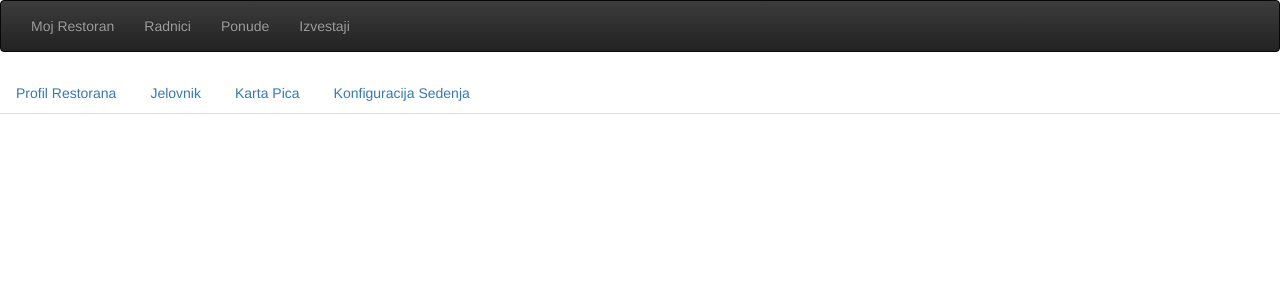
Repository: milanadam94/ISA-2016
Page: jpa-example/src/main/webapp/RestaurantManager/RestaurantManager.html
These files come from the project's save history. The page is drawn as it stood at one moment and after the next save; the edit follows.
The browser window is 1280 px wide. The pictures show the whole page.
The page's requests for data from a server got no answer. Some web libraries are served in a nearby version.

Above is the page before, as saved 2017-03-01 08:05:57.

### jpa-example/src/main/webapp/RestaurantManager/RestaurantManager.html
<!DOCTYPE html>
<html>
<head>
<meta charset="ISO-8859-1">
<title>Menadzer Restorana</title>

<!-- JQUERY -->
<script src="https://code.jquery.com/jquery-3.1.1.js" integrity="sha256-16cdPddA6VdVInumRGo6IbivbERE8p7CQR3HzTBuELA=" crossorigin="anonymous"></script>

<!-- BOOTSTRAP CSS -->
<link rel="stylesheet" href="https://maxcdn.bootstrapcdn.com/bootstrap/3.3.7/css/bootstrap.min.css" integrity="sha384-BVYiiSIFeK1dGmJRAkycuHAHRg32OmUcww7on3RYdg4Va+PmSTsz/K68vbdEjh4u" crossorigin="anonymous">

<!-- BOOTSTRAP THEME -->
<link rel="stylesheet" href="https://maxcdn.bootstrapcdn.com/bootstrap/3.3.7/css/bootstrap-theme.min.css" integrity="sha384-rHyoN1iRsVXV4nD0JutlnGaslCJuC7uwjduW9SVrLvRYooPp2bWYgmgJQIXwl/Sp" crossorigin="anonymous">

<!-- BOOTSTRAP JS -->
<script src="https://maxcdn.bootstrapcdn.com/bootstrap/3.3.7/js/bootstrap.min.js" integrity="sha384-Tc5IQib027qvyjSMfHjOMaLkfuWVxZxUPnCJA7l2mCWNIpG9mGCD8wGNIcPD7Txa" crossorigin="anonymous"></script>

<!-- ANGULAR JS -->
<script src="https://ajax.googleapis.com/ajax/libs/angularjs/1.6.1/angular.js"></script>

<script src="/JQuery-cookie-plugin/jquery.cookie.js"></script>

<!-- TOASTR -->
<!-- <script src="https://cdnjs.cloudflare.com/ajax/libs/toastr.js/latest/css/toastr.css"></script> -->
<style>
.canvas {
	border : 2px solid;
	width: 500px;
	height: 250px;
}
</style>
</head>
<body ng-app="restManager" ng-controller="restManagerController">

	<nav id="myNavbar" class="navbar navbar-inverse">
		<div class="container-fluid">
		<ul class="nav navbar-nav">
			<li><a href="RestaurantManager.html" ng-click="getRestaurant()">Moj Restoran</a></li>
			<li><a href="RestaurantManagerWorkers.html">Radnici</a></li>
			<li><a href="RestaurantManagerOfferers.html">Ponude</a></li>
			<li><a href="RestourantManagerReport.html">Izvestaji</a></li>
		</ul>
		</div>
	</nav>
	<div>
		<div class="form-group">
			<ul class="nav nav-tabs">
				<li><a ng-click="getRestaurant()">Profil Restorana</a>
				<li><a ng-click="getFoods()">Jelovnik</a>
				<li><a ng-click="getDrinks()">Karta Pica</a>
				<li><a ng-click="konfig()">Konfiguracija Sedenja</a>
			</ul>
		</div>
		<div id="profilDiv" ng-show="profilShow">
		<form class="form-horizontal">

			<div class="form-group">
			<label class="control-label col-sm-2" >Naziv Restorana: </label><div class="col-sm-5"><input type = "text" class="form-control" id="restaurantName" ng-model="restaurant.name" value="restaurant.name" placeholder="Izmenite ime restorana"></div> <br/>
			</div>

			<div class="form-group">
			<label class="control-label col-sm-2">Vrsta: </label><div class="col-sm-5"><input type = "text" class="form-control" id="restaurantDescription" ng-model="restaurant.description" value="restaurant.description" placeholder="Izmenite opis restorana"></div> <br/>
			</div>

			<div class="form-group">
			<label class="control-label col-sm-2">Kategorija: </label>
					 <div class="col-sm-5">
						<select class="form-control" id="kategorija" ng-model="restaurant.category" title="restaurant.category">
						<option>domaca kuhinja</option>
						<option>italijanski</option>
						<option>kineski</option>
						<option>francuski</option>
						<option>vegan</option>
						</select>
					</div>
			</div> <br/>

			<div class="form-group">
			<div class="col-sm-offset-2 col-sm-10"><button type="submit" class="btn btn-success" ng-click="saveRestaurantInfo()">Sacuvaj Izmene</button></div>
			</div>

			<div class="form-group">
			<label class="control-label col-sm-2" id="errorLabel" ng-show="error" >{{errorMessage}}</label>
			</div>

		</form>
		</div>




		<div id="jelovnikDiv" ng-show="jelovnikShow" >
			<table class="table">
				<tr bgcolor="lightgrey">
					<th>Ime</th>
					<th>Opis</th>
					<th>Cena</th>
					<th>Obrisi</th>
					<th>Promeni</th>
				</tr>
				<tr ng-repeat="i in menu.foods | orderBy:'name'">
					<td><input type="text" class="form-control" ng-model="i.name"  placeholder="Promenite ime jela" > </td>
				 	<td><input type = "text" class="form-control" ng-model="i.description" placeholder="Promenite opis jela" value="{{ i.description }}"> </td>
					<td> <input type = "number" class="form-control" ng-model="i.price" placeholder="Promenite cenu jela" value="{{ i.price }} "></td>
					<td> <button type="submit" id="{{ i.id }}"  class="btn btn-danger" ng-click="deleteFood( i.id )" >Obrisi</button></td>
					<td> <button type="submit" id="{{ i.id }}"  class="btn btn-warning" ng-click="changeFood( i.id )" >Promeni</button></td>

				</tr>
			</table>
			<br/><br/>
			<form class="form-horizontal">

			<div class="form-group">
			<label class="control-label col-sm-2">Ime: </label><div class="col-sm-5"><input type = "text" class="form-control" id="imeNovogJela" ng-model="newFood.name" placeholder="Unesite ime jela"></div> <br/>
			</div>

			<div class="form-group">
			<label class="control-label col-sm-2">Opis: </label><div class="col-sm-5"><input type = "text" class="form-control" id="opisNovogJela" ng-model="newFood.description"  placeholder="Unesite opis jela"></div> <br/>
			</div>


			<div class="form-group">
			<label  class="control-label col-sm-2">Cena: </label><div class="col-sm-5"><input type = "number" min=0 class="form-control" id="cenaNovogJela" ng-model="newFood.price"  placeholder="Unesite cenu jela"></div> <br/>
			</div>

			<div class="form-group">
			<div class="col-sm-offset-2 col-sm-10"><button type="submit" class="btn btn-success" ng-click="addFood()" >Dodaj Jelo</button></div>
			</div>

			</form>
		</div>
		<div id="picaDiv" ng-show="picaShow">
			<table class="table">
				<tr bgcolor="lightgrey">
					<th>Ime</th>
					<th>Opis</th>
					<th>Cena</th>
					<th>Obrisi</th>
					<th>Promeni</th>
				</tr>
				<tr ng-repeat="i in menu.drinks | orderBy:'name'">
					<td><input type="text" class="form-control" ng-model="i.name"  placeholder="Promenite ime pica" > </td>
				 	<td><input type = "text" class="form-control" ng-model="i.description" placeholder="Promenite opis pica" value="{{ i.description }}"> </td>
					<td> <input type = "number" class="form-control" ng-model="i.price" placeholder="Promenite cenu pica" value="{{ i.price }} "></td>
					<td> <button type="submit" id="{{ i.id }}"  class="btn btn-danger" ng-click="deleteDrink( i.id )" >Obrisi</button></td>
					<td> <button type="submit" id="{{ i.id }}"  class="btn btn-warning" ng-click="changeDrink( i.id )" >Promeni</button></td>

				</tr>
			</table>
			<br/><br/>
			<form class="form-horizontal">

			<div class="form-group">
			<label class="control-label col-sm-2">Ime: </label> <div class="col-sm-5"><input type = "text" class="form-control" id="imeNovogPica" ng-model="newDrink.name" placeholder="Unesite ime pica"></div> <br/>
			</div>

			<div class="form-group">
			<label class="control-label col-sm-2">Opis:</label> <div class="col-sm-5"><input type = "text" class="form-control" id="opisNovogPica" ng-model="newDrink.description"  placeholder="Unesite opis pica"></div> <br/>
			</div>

			<div class="form-group">
			<label  class="control-label col-sm-2">Cena: </label><div class="col-sm-5"><input type = "number" class="form-control" min=0 class="form-control" id="cenaNovogPica" ng-model="newDtrink.price"  placeholder="Unesite cenu pica"></div> <br/>
			</div>

			<div class="form-group">
			<div class="col-sm-offset-2 col-sm-10"><button type="submit" class="btn btn-success" ng-click="addDrink()" >Dodaj Pice</button></div>
			</div>

			</form>
		</div>


		<!--  DODAVANJE SEGMENTA -->

		<div id="konfiguracijaDiv" ng-show="konfiguracijaShow">

			<form class="form-horizontal">
			<div class="form-group">
			<label class="control-label col-sm-2" >Naziv Segmenta: </label> <div class="col-sm-5">  <input type="text" class="form-control" ng-model="newSegment.name" palceholder="Unesite naziv segmenta"> </input></div><br/>
			</div>
			<div class="form-group">
			<label class="control-label col-sm-2">Dozvoljeno Pusenje: </label><div class="col-sm-2"><input type="checkbox" class="form-control" ng-model="newSegment.smoking"></input> </div><br/><br/>
			</div>
			<div class="form-group">
			<div class="col-sm-offset-2 col-sm-10"><button type="submit" class="btn btn-success" ng-click="addKonfig()">Dodaj Segment</button></div>
			</div>

			</form>


			<br/><br/>

			<!-- CANVASSS ============ -->


		<canvas id="canvas" class="canvas" ng-click="draw($event)">
			Vas browser ne podrzava graficki prikaz!
		</canvas>

		<br/><br/>
		<div ng-show="newTableShow">

			<form class="form-horizontal">

			<div class="form-group">
			<label class="control-label col-sm-2">Oznaka: </label> <div class="col-sm-5"><input type = "text" class="form-control" ng-model="newTable.tag" placeholder="Unesite oznaku stola"></div> <br/>
			</div>

			<div class="form-group">
			<label class="control-label col-sm-2">Opis:</label> <div class="col-sm-5"><input type = "text" class="form-control" ng-model="newTable.description"  placeholder="Unesite opis stola"></div> <br/>
			</div>

			<div class="form-group">
			<label  class="control-label col-sm-2">Broj Mesta: </label><div class="col-sm-5"><input type = "number" class="form-control" min=0 max="20" class="form-control" id="cenaNovogPica" ng-model="newTabel.seatCount"  placeholder="Unesite broj mesta"></div> <br/>
			</div>

			<label  class="control-label col-sm-2" >Region:</label>
					<div class="col-sm-5">
					<select class="form-group" ng-model="myNewSegment">
						<option ng-repeat="i in segments" value="{{i.id}}">{{i.name}}</option>
					</select>
					</div>

			<div class="form-group">
			<div class="col-sm-offset-2 col-sm-10"><button type="submit" class="btn btn-success" ng-click="addTable()" >Dodaj Sto</button></div>
			</div>

			</form>



			</div>


		</div>

		<div ng-show="deleteTableButtonShow" class="form-group">
			<div class="col-sm-offset-2 col-sm-10"><button type="submit" class="btn btn-danger" ng-click="deleteTable()" >Ukloni Sto</button></div>
		</div>

	</div>
</body>


<!-- ANGULAR SCRIPT -->
<script src="RestaurantManager.js"></script>


</html>

### jpa-example/src/main/webapp/RestaurantManager/RestaurantManager.js
angular.element(document).ready(function () {
    console.log('page loading completed');
});
var restManager = angular.module('restManager', []).config(['$qProvider', '$httpProvider', function ($qProvider, $httpProvider)  {
    $qProvider.errorOnUnhandledRejections(false);

}]).run(['$rootScope', '$http', '$window', function ($rootScope, $http, $window) {

	//namestiti dole u funckcijama gde treba user.email kada se ovo namesti!
	if (typeof $.cookie('user') !== 'undefined') {
		user = JSON.parse($.cookie('user'));

		if(user.userType == "GUEST") {
			$window.location.href = "/GuestPage/GuestPage.html";
		}
		// DALJE
	}



}]);



restManager.controller('restManagerController', [ '$scope', 'konfService', 'drinkService', 'restaurantInfoService', 'foodService','canvasService', function($scope, konfService, drinkService, restaurantInfoService, foodService, canvasService ){

	$scope.newFood = {
			name: "",
			description: "",
			price: 0
	}

	$scope.newDrink = {
			name: "",
			description: "",
			price: 0
	}


	findUser = function(){
		restaurantInfoService.findRestaurantManager().then(
				function(response){
					$scope.user = response.data;

				}

		);
	}

	findUser();

	setShows = function(profilShow, picaShow, jelovnikShow, konfiguracijaShow){
		$scope.profilShow = profilShow;
		$scope.picaShow = picaShow;
		$scope.jelovnikShow = jelovnikShow;
		$scope.konfiguracijaShow = konfiguracijaShow;
	}
	setShows(false,false,false,false);

	$scope.error = false;
	$scope.errorMessage = "";

	restaurantInfoService.getRestaurant($scope.user).then(
			function(response){
				$scope.restaurant = response.data;

				if(response.data.name == null){
					alert("Restoran nije pronadjen!");
				}
			}
	);


	$scope.getRestaurant = function() {
			if($scope.restaurant.name != null){
				setShows(true, false, false, false);
			}else{
				alert("Restoran nije pronadjen!");
			}

	}


	$scope.getFoods = function(){

		restaurantInfoService.getMenu($scope.user, $scope.restaurant).then(
				function(response){

					if(response.data != null){
						setShows(false, false, true, false);
						$scope.menu = response.data;
					}else{
						alert("Meni nije pronadjen!");
					}

				}
		);

	}

	$scope.changeFood = function(foodID){
		selectedFood = "";

		angular.forEach($scope.menu.foods, function(value){
			if(value.id == foodID){
				selectedFood = value;
			}

		})

		if(selectedFood.name == "" || selectedFood.price < 0 || $scope.restaurant == null){
			alert("Ime ne sme biti prazno. Cena ne sme biti manja od 0");
			return;
		}

		foodService.saveChanges(selectedFood, $scope.menu);

	}


	$scope.addFood = function(){

		if($scope.newFood.name == "" || $scope.newFood.price < 0 || $scope.restaurant == null){
			alert("Ime ne sme biti prazno i cena ne sme biti manja od 0!");
			return;
		}

		foodService.addFood($scope.newFood, $scope.menu);
		restaurantInfoService.getMenu($scope.user, $scope.restaurant).then(
				function(response){

					if(response.data != null){
						$scope.menu = response.data;
						location.reload();
					}else{
						alert("Meni nije pronadjen!");
					}

				}
			);


	}


	$scope.deleteFood = function(foodID){

		foodService.deleteFood(foodID, $scope.menu);
		restaurantInfoService.getMenu($scope.user, $scope.restaurant).then(
			function(response){

				if(response.data != null){
					$scope.menu = response.data;
					location.reload();
				}else{
					alert("Meni nije pronadjen!");
				}

			}
		);


	}



	$scope.getDrinks = function(){
		restaurantInfoService.getMenu($scope.user, $scope.restaurant).then(
				function(response){

					if(response.data != null){
						setShows(false, true, false, false);
						$scope.menu = response.data;
					}else{
						alert("Meni nije pronadjen!");
					}

				}
		);

	}


	$scope.addDrink = function(){

		if($scope.newDrink.name == "" || $scope.newDrink.price < 0 || $scope.restaurant == null){
			alert("Ime ne sme biti prazno i cena ne sme biti manja od 0!");
			return;
		}

		drinkService.addDrink($scope.newDrink, $scope.menu);
		restaurantInfoService.getMenu($scope.user, $scope.restaurant).then(
				function(response){

					if(response.data != null){
						$scope.menu = response.data;
						location.reload();
					}else{
						alert("Meni nije pronadjen!");
					}

				}
			);
	}

	$scope.changeDrink = function(drinkID){
		selectedDrink = "";

		angular.forEach($scope.menu.drinks, function(value){
			if(value.id == drinkID){
				selectedDrink = value;
			}

		})

		if(selectedDrink.name == "" || selectedDrink.price < 0 || $scope.restaurant == null){
			alert("Ime ne sme biti prazno. Cena ne sme biti manja od 0");
			return;
		}

		drinkService.saveChanges(selectedDrink, $scope.menu);

	}

	$scope.deleteDrink = function(drinkID){
		drinkService.deleteDrink(drinkID, $scope.menu);
		restaurantInfoService.getMenu($scope.user, $scope.restaurant).then(
			function(response){

				if(response.data != null){
					$scope.menu = response.data;
					location.reload();
				}else{
					alert("Meni nije pronadjen!");
				}

			}
		);
	}


	// ===============================================================

	$scope.newSegment = {
			name: "",
			smoking: false
	}

	$scope.newTable = {
			seatCount: 0,
			tag: "",
			description: "",
			xCoord: 0,
			yCoord: 0
	}


	$scope.getKonf = function(){


	}


	$scope.addKonfig = function(){

		if($scope.newSegment.name == "" || $scope.restaurant == null){
			alert("Neispravan unos ili restoran nije pronadjen")
			return;
		}

		konfService.addSegment($scope.newSegment, $scope.restaurant.id).then(
				function(response){
					alert(response.data);

					location.reload();
				}
		);


	}

	restaurantInfoService.loadAllSegments().then(
			function(response){
				$scope.segments = response.data;
			}

	);


	$scope.konfig = function(){
		setShows(false,false,false,true);

		$scope.loadTables();

	}


	$scope.saveRestaurantInfo = function() {

		if($scope.profilShow){
			if($scope.restaurant.name == "" || $scope.restaurant.description == ""){
				$scope.error = true;
				$scope.errorMessage = "Ne moze biti prazno!";
				return;
			}else{
				$scope.error = false;
				$scope.errorMessage = "";
			}
			restaurantInfoService.saveChanges($scope.restaurant, $scope.user);


		}else if ($scope.jelovnikShow) {


		}else if ($scope.piceShow){

		}else if ($scope.konfiguracijaShow){

		}else {
			alert("Error! Nothing selected.");
		}

	}

	// KANVAS ====================================================
	$scope.myNewSegment = "";


	$scope.draw = function(event) {
    	var canvas = document.getElementById('canvas');
    	var context = canvas.getContext('2d');

    	var rect = canvas.getBoundingClientRect();
        var x = event.clientX - rect.left;
        var y = event.clientY - rect.top; var rect = canvas.getBoundingClientRect(),
        scaleX = canvas.width / rect.width,    // relationship bitmap vs. element for X
        scaleY = canvas.height / rect.height;  // relationship bitmap vs. element for Y

	    x = (event.clientX - rect.left) * scaleX,   // scale mouse coordinates after they have
	    y = (event.clientY - rect.top) * scaleY     // been adjusted to be relative to element
	    //  context.clearRect(0, 0, canvas.width, canvas.height);

	    xIndex = x/30.0 + 1;
	    yIndex = y/30.0 + 1;
	    xIndex = Math.floor(xIndex);
	    yIndex = Math.floor(yIndex);

		startX = x/30.0 + 1;
	    startY = y/30.0 + 1;
	    startX = Math.floor(startX)*30 -30;
	    startY = Math.floor(startY)*30 -30;

	    $scope.newTable.xCoord = xIndex;
	    $scope.newTable.yCoord = yIndex;


	    $scope.newTableShow = true;
	    $scope.deleteTableButtonShow = false;

	    $scope.restaurantTables.forEach(function(table) {
			if(table.xCoord == xIndex && table.yCoord == yIndex){
				$scope.newTableShow = false;
				$scope.deleteTableButtonShow = true;
			}
		});


  }

	$scope.restaurantTables = [];

	$scope.loadTables = function() {

		$scope.newTableShow = false;
		var canvas = document.getElementById('canvas');
    	var context = canvas.getContext('2d');
    	context.clearRect(0, 0, canvas.width, canvas.height);

    	for(var j = 0; j < 5; j++)
    	{
	    	for(var i=0; i < 10; i++)
	    	{
	    		context.rect(i*30 ,j*30 ,30,30);
	            context.stroke();
	    	}
    	}


    	canvasService.getAllTables().then(
    			function(response){
    				$scope.restaurantTables = response.data;
    				$scope.restaurantTables.forEach(function(table) {
    					x = parseFloat(table.xCoord)*30 - 30;
    					y = parseFloat(table.yCoord)*30 - 30;
    					context.globalAlpha = 1.0;
    					context.fillStyle="#000000";
    					context.font="20px Arial";
    					context.fillText(table.tag, x + 8, y + 22);
    				});
    			}
    	);




	}



	$scope.addTable = function(){

		if($scope.newTable.seatCount < 0 || $scope.newTable.seatCount > 20 ||
				$scope.newTable.tag == "" || $scope.myNewSegment == ""){
			alert("Los unos!");
			return;
		}

		if($scope.newTable.tag.length > 2){
			alert("Oznaka moze imati maksimalno 2 karaktera!");
			return;
		}


		canvasService.addTable($scope.newTable, $scope.myNewSegment).then(
				function(response){
					alert(response.data);
					location.reload();
				}
		);

	}


	$scope.deleteTable = function(){
		flag = false;

		$scope.restaurantTables.forEach(function(table) {
			if(table.xCoord == $scope.newTable.xCoord && table.yCoord == $scope.newTable.yCoord){
				flag = true;
			}
		});

		if(!flag){
			alert("Niste selektovali sto");
			return;
		}

		canvasService.deleteTable($scope.newTable);


	}



}]);








restManager.service('restaurantInfoService',['$window', '$http', function($window, $http){

	this.loadAllSegments = function(){
		return $http({
			  method: 'GET',
		      url : "../restManager/loadAllSegments/1" //========================================== dodati user Email
		});

	}


	this.getRestaurant = function(user){
		return $http.get("../restManager/myRestaurant/1"); // ================================= OVDE NAMESTITI EMAIL USERA
	}

	this.findRestaurantManager = function(){
		return $http({
			  method: 'GET',
		      url : "../restManager/getUser/1" //========================================== dodati user Email
		});
	}

	this.saveChanges = function(restaurant, user){

		$http({
			  method: 'POST',
			  data : $.param(restaurant),
		      url : "../restManager/saveRestaurantInfo/1" // =================================== OVDE NAMESTITI EMAIL USERA
		}).then(function success(response) {
					alert("Success!");
			  }, function error(response) {
				  	alert("Error!");
			  }
			);
	};

	this.getMenu = function (user, restaurant){
		return $http({
			method: 'POST',
			data : restaurant,
			url: "../restManager/getMenu/1"  // ==================== user.mail
		});
	}


}]);

restManager.service('foodService',['$window', '$http', function($window, $http){

	this.saveChanges = function (food, menu){
		$http({
			method: 'POST',
			data: food,
			url: "../restManager/changeFood/" + menu.id
		}).then(function success() {
			alert("Uspesno promenjeno!");
		  }, function error() {
			  	alert("Error!");
		  }

		);
	}

	this.addFood = function (newFood, menu){
		$http({
			method: 'POST',
			data: newFood,
			url: "../restManager/addFood/"+menu.id
		});

	}

	this.deleteFood = function (foodID, menu){
		$http({
			method: 'DELETE',
			url: "../restManager/deleteFood/"+foodID+"/"+menu.id
		});
	}

}]);

restManager.service('drinkService', ['$window', '$http', function($window, $http){

	this.saveChanges = function (drink, menu){
		$http({
			method: 'POST',
			data: drink,
			url: "../restManager/changeDrink/" + menu.id
		}).then(function success() {
			alert("Uspesno promenjeno!");
		  }, function error() {
			  	alert("Error!");
		  }

		);
	}

	this.deleteDrink = function(drinkID, menu){
		$http({
			method: 'DELETE',
			url: "../restManager/deleteDrink/"+drinkID+"/"+menu.id
		});
	}

	this.addDrink = function (newDrink, menu){
		$http({
			method: 'POST',
			data: newDrink,
			url: "../restManager/addDrink/"+menu.id
		});
	}

}]);

restManager.service('konfService', ['$window', '$http', function($window, $http){

	this.addSegment = function(newSegment, restoranID){
		return $http({
			method: 'POST',
			data: newSegment,
			url: "../restManager/addSegment/"+restoranID
		});

	}

	this.getKonf;
	this.saveChanges;
	this.addKonf;

}]);


restManager.service('canvasService', ['$window', '$http', function($window, $http){

	this.addTable = function(newTable, segmentID){
		return $http({
			method: 'POST',
			data: newTable,
			url: "../restManager/addTable/"+segmentID+"/1" //==================================== staviti email restoran menagera
		});
	}

	this.getAllTables = function(){
		return $http({
			method: 'GET',
			url: "../restManager/getAllTables/1" //==================================== staviti email restoran menagera
		});
	}


	this.deleteTable = function (newTable){
		$http({
			method: 'POST',
			data: newTable,
			url: "../restManager/deleteTable"
		}).then(
				function success(){
					location.reload();
				},
				function error(){
					alert("Error!");
				}
		);
	}


}]);

Loaded but not shown: jpa-example/src/main/webapp/JQuery-cookie-plugin/jquery.cookie.js (library)

After the next save:
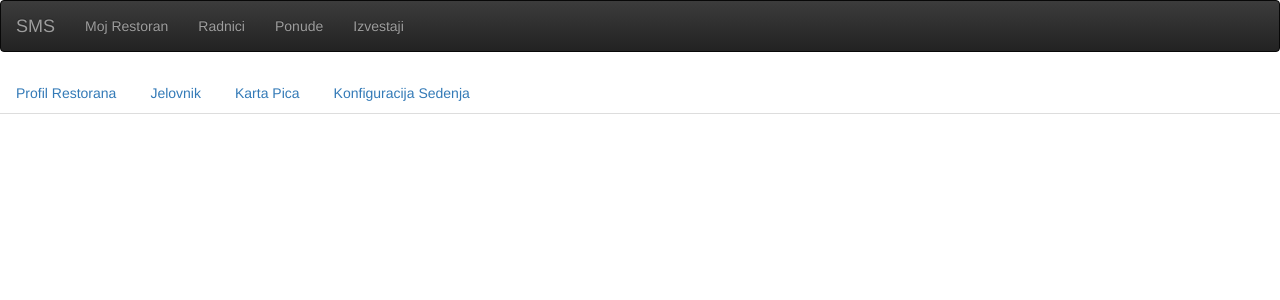
Saved 103 s later.
--- a/jpa-example/src/main/webapp/RestaurantManager/RestaurantManager.html
+++ b/jpa-example/src/main/webapp/RestaurantManager/RestaurantManager.html
@@ -35,6 +35,9 @@
 
 	<nav id="myNavbar" class="navbar navbar-inverse">
 		<div class="container-fluid">
+			<div class="navbar-header">
+				<a class="navbar-brand">SMS</a>
+			</div>
 		<ul class="nav navbar-nav">
 			<li><a href="RestaurantManager.html" ng-click="getRestaurant()">Moj Restoran</a></li>
 			<li><a href="RestaurantManagerWorkers.html">Radnici</a></li>
